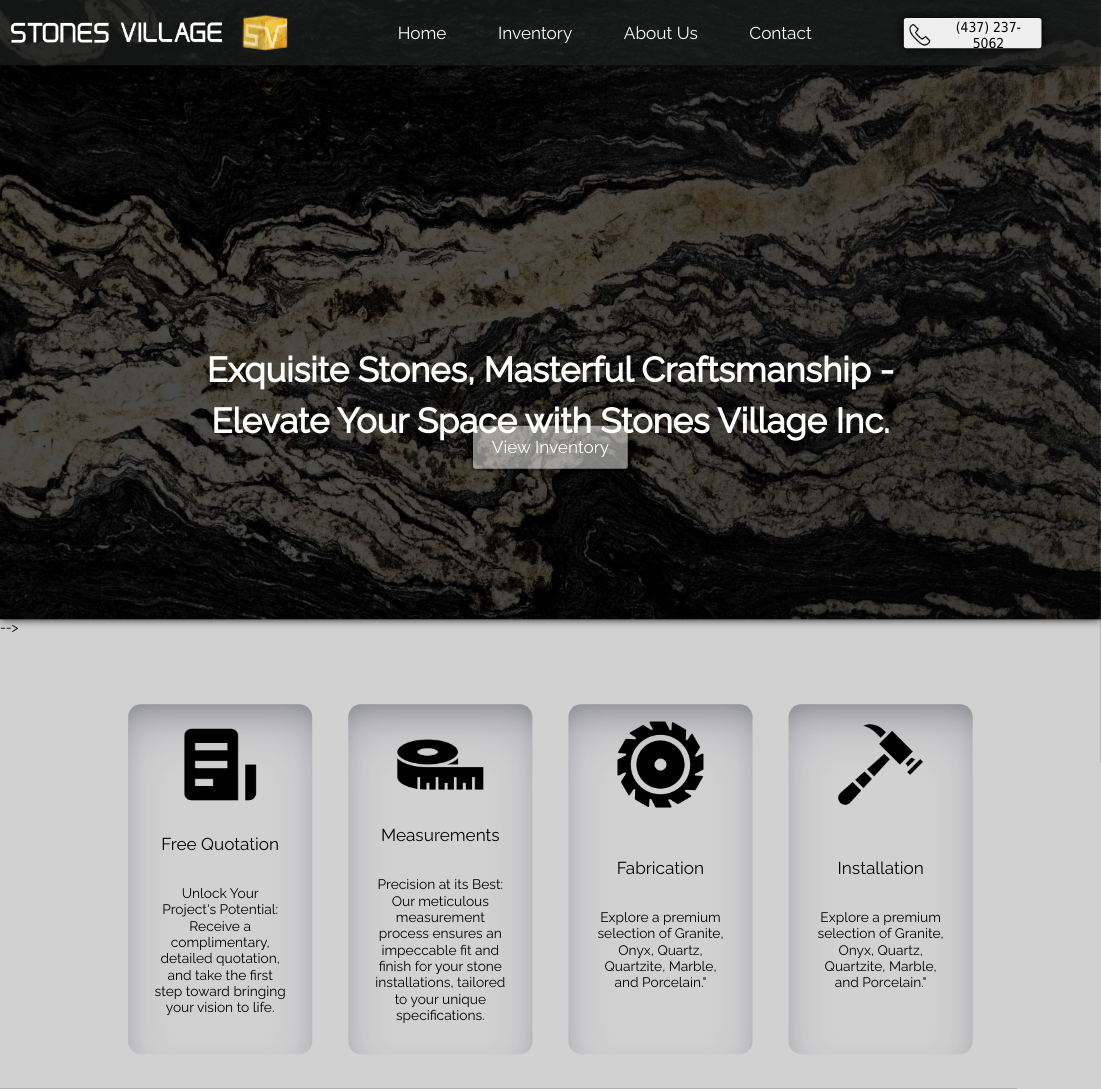
Repository: shayanabedi98/Stones-Village
Page: index.html
These files come from the project's save history. The page is drawn as it stood at one moment and after the next save; the edit follows.
The browser window is 1280 px wide. The pictures show the whole page, at 86% of full size.
Backgrounds fixed to the window are drawn as part of the page.

Above is the page before, as saved 2023-10-22 17:21:41.

### index.html
<!DOCTYPE html>
<html lang="en">
<head>
    <meta charset="UTF-8">
    <meta name="viewport" content="width=device-width, initial-scale=1.0">
    <title>Stones Village | Home</title>
    <link rel="preconnect" href="https://fonts.googleapis.com">
    <link rel="preconnect" href="https://fonts.gstatic.com" crossorigin>
    <link href="https://fonts.googleapis.com/css2?family=Raleway&display=swap" rel="stylesheet">
    <link rel="stylesheet" href="styles.css">
</head>
<body>
    <div class="navbar">
        <div class="logo">
            <img id="logo-name" src="./resources/sv-name.png" alt="Company name">
            <img id="logo-cube" src="./resources/sv-cube.png" alt="Company logo">
        </div>
        <div class="navbar-menu">
            <ul>
                <li><a href="./">Home</a></li>
                <li><a href="./inventory">Inventory</a></li>
                <li><a href="./about-us">About Us</a></li>
                <li><a href="./contact">Contact</a></li>
            </ul>
        </div>
        <div class="navbar-tel">
            <button><a href="tel:+14372375062">
                <img src="./resources/telephone-svgrepo-com.png" alt="Contact By Number">
                (437) 237-5062
            </a></button>
        </div>
    </div>
    <div class="grid-container">
        <div class="banner">
            <!-- Background Image -->
        </div>
        <div class="banner-overlay">
            <h1>Exquisite Stones, Masterful Craftsmanship - Elevate Your Space with Stones Village Inc.</h1>
            <button>View Inventory</button>
        </div>
        <!-- <div class="services-container">
            <h2>Welcome</h2>
            <h3>Stones Village is a beacon of excellence in the stone industry, conveniently situated in Concord, Ontario, yet extending our top-notch services and products across the entire nation. With a rich history and unparalleled expertise in supplying, fabricating, and installing premium-quality Granite, Onyx, Quartz, and Porcelain, we have carved out a reputation for reliability, craftsmanship, and aesthetic excellence.</h3>


            <!-- Free Quotations
Stonica Group Inc. offers no-obligation, comprehensive quotes for all project sizes. Our experts provide a detailed cost estimate, ensuring transparency and no hidden charges.


Measurements
We use advanced tools for precise project measurements, considering the environment and potential challenges to ensure seamless integration of our fabrications into your space.


Fabrication
Our high-quality fabrication service is handled by a skilled team and cutting-edge facilities. We handle various materials and complexities, ensuring the finished product meets the highest industry standards.


Installation
Our trained professionals carry out careful and precise installations. We also perform comprehensive checks post-installation, ensuring a perfect fit and function. Your satisfaction is our ultimate goal. -->
        </div> -->
        <div class="card-container">
            <div class="card">
                <img src="./resources/invoice-svgrepo-com.png" alt="Icon of Stone Slab">
                <div class="card-text">
                    <p class="card-name">Free Quotation</p>
                    <p class="card-description">Unlock Your Project's Potential: Receive a complimentary, detailed quotation, and take the first step toward bringing your vision to life.</p>
                </div>
            </div>
            <div class="card">
                <img src="./resources/measure-2-svgrepo-com.png" alt="Icon of Stone Slab">
                <div class="card-text">
                    <p class="card-name">Measurements</p>
                    <p class="card-description">Precision at its Best: Our meticulous measurement process ensures an impeccable fit and finish for your stone installations, tailored to your unique specifications.</p>
                </div>
            </div>
            <div class="card">
                <img src="./resources/saw-svgrepo-com.png" alt="Icon of Stone Slab">
                <div class="card-text">
                    <p class="card-name">Fabrication</p>
                    <p class="card-description">Explore a premium selection of Granite, Onyx, Quartz, Quartzite, Marble, and Porcelain."</p>
                </div>
            </div>
            <div class="card">
                <img src="./resources/hammer-work-construction-svgrepo-com.png" alt="Icon of Stone Slab">
                <div class="card-text">
                    <p class="card-name">Installation</p>
                    <p class="card-description">Explore a premium selection of Granite, Onyx, Quartz, Quartzite, Marble, and Porcelain."</p>
                </div>
            </div>
        </div>
    </div>
    <script src="./index.js"></script>
</body>
</html>

### styles.css
body {
    background-color: #d1d1d1;
    color: #000000;
    font-family: 'Raleway', sans-serif;
    margin: 0;
    padding: 0;
}

.navbar {
    display: grid;
    grid-template-columns: 0.5fr 1fr 0.5fr;
    background-color: rgba(29, 31, 31, 0.7);
    box-shadow: 0 0 5px 0 rgb(0, 0, 0);
    padding: 10px;
    position: fixed;
    width: 100%;
    z-index: 1;
}

.logo {
    display: flex;
    align-items: center;
    justify-content: center;
}

#logo-cube {
    height: 42px;
    margin-left: 20px;
    cursor: pointer;
}

#logo-name {
    height: 28px;
    cursor: pointer;
}

.navbar-menu {
    display: grid;
    align-items: end;
}

.navbar-menu ul {
    display: flex;
    align-content: center;
    justify-content: center;
    list-style-type: none;
}

.navbar-menu a {
    text-decoration: none;
    color: #FFFFFE;
    font-size: 20px;
    margin-left: 60px;
}

.navbar-menu a:hover {
    color: #E0B739;
    transition: 0.3s;
    border-bottom: 8px solid #E0B739;
}

.navbar-menu a:not(:hover) {
    color: #FFFFFE;
    border-bottom: 0px;
    transition: 0.3s;
}

.navbar-tel {
    display: flex;
    justify-content: center;
    align-items: center;
}

.navbar-tel button {
    height: 35px;
    width: 160px;
    border: none;
    border-radius: 3px;
    box-shadow: 0 0 10px 0 rgb(0, 0, 0);
}

.navbar-tel img {
    height: 25px;
    margin-right: 12px;
}

.navbar-tel a {
    text-decoration: none;
    color: black;
    font-family: Tahoma, Verdana, sans-serif;
    font-size: 16px;
    display: flex;
    align-items: center;
    justify-content: center;
}

.banner {
    background-attachment: fixed;
    height: 100vh;
    background-size: 2100px;
    background-repeat: no-repeat;
    background-position: 0 -400px;
    transition: opacity 1s ease-in-out, background-size 0s, background-position 0s;
}

.banner-overlay {
    background-color: rgba(0, 0, 0, 0.7);
    box-shadow: 0 0 10px 0 black;
    display: grid;
    grid-template-rows: 0.8fr 1fr;
    justify-items: center;
    align-items: center;
    text-align: center;
    position: absolute;
    height: 100vh;
    width: 100%;
    top: 0;
}

.banner-overlay h1 {
    margin: 0;
    color: #FFFFFE;
    position: relative;
    font-size: 40px;
    top: 300px;
    width: 70%;
    line-height: 60px;
}

.banner-overlay button {
    font-family: 'Raleway', sans-serif;
    background-color: rgba(255, 255, 254, 0.5);
    color: white;
    border: none;
    border-radius: 3px;
    font-size: 20px;
    width: 180px;
    height: 50px;
    box-shadow: 0 0 2px 0 black;
    cursor: pointer;
}

.banner-overlay button:hover {
    box-shadow: 0 0 15px 0 black;
    background-color: rgb(224, 183, 57);
    transition: 0.3s;
}

.banner-overlay button:not(:hover) {
    box-shadow: 0 0 5px 0 black;
    transition: 0.3s;
}

.services-container, .card-container {
    margin: 40px auto;
}

.services-container {
    display: grid;
    grid-template-rows: 1fr 1fr;
    justify-items: center;
    margin-top: 80px;
    width: 80%;
}

.services-container h2, h3 {
    display: grid;
    justify-items: center;
}

.card-container {
    display: grid;
    width: 80%;
    grid-template-columns: repeat(4, 1fr);
    justify-items: center;
    margin-top: 80px;
}

.card {
    width: 80%;
    display: grid;
    justify-items: center;
    border-radius: 15px;
    box-shadow: rgba(50, 50, 93, 0.25) 0px 30px 60px -12px inset, rgba(0, 0, 0, 0.3) 0px 18px 36px -18px inset;
    padding: 20px 5px;
}

.card img {
    height: 100px;
}

.card-text {
    display: grid;
    text-align: center;
    justify-items: center;
    align-content: baseline;
}

.card-name {
    font-size: 20px;
}

.card-description {
    width: 75%;
}

### index.js
const banner = document.querySelector('.banner');
const bannerImg = ['./resources/aaron-huber-G7sE2S4Lab4-unsplash.jpg', './resources/black-marble-texture2-min2.jpg', './resources/engin-akyurt-m555vEfryhE-unsplash.jpg', './resources/marble-2398956_1920.jpg'];
let bannerImgIndex = 0;
const logoName = document.querySelector('#logo-name');
const logoCube = document.querySelector('#logo-cube');
const navbar = document.querySelector('.navbar');

logoCube.addEventListener('click', () => {
    window.location.replace('./')
})

logoCube.addEventListener('mouseover', () => {
    navbar.style.backgroundColor = 'rgba(224, 183, 57,0.3)'
    navbar.style.transition = '4s'
})

logoCube.addEventListener('mouseout', () => {
    navbar.style.backgroundColor = 'rgba(29, 31, 31, 0.7)'
    navbar.style.transition = '2s'
})

logoName.addEventListener('click', () => {
    window.location.replace('./')
})

logoName.addEventListener('mouseover', () => {
    navbar.style.backgroundColor = 'rgba(224, 183, 57,0.3)'
    navbar.style.transition = '4s'
})

logoName.addEventListener('mouseout', () => {
    navbar.style.backgroundColor = 'rgba(29, 31, 31, 0.7)'
    navbar.style.transition = '2s'
})

const bannerImgChanger = () => {
    banner.style.opacity = '0'
    bannerImgIndex = (bannerImgIndex + 1) % bannerImg.length;
    banner.style.background = `url(${bannerImg[bannerImgIndex]})`;

    if (bannerImgIndex === 0) {
        banner.style.backgroundSize = '2100px';
        banner.style.backgroundPosition = '0 -400px'
        banner.style.backgroundAttachment = 'fixed';
        banner.style.opacity = '1'
        banner.style.transition = 'opacity 1s ease-in, background-size 0s, background-position 0s;';
        setTimeout(() => {
            banner.style.opacity = '0'
        }, 7000)

    } else if (bannerImgIndex === 1) {
        banner.style.backgroundSize = '2000px';
        banner.style.backgroundAttachment = 'fixed';
        banner.style.opacity = '1'
        banner.style.transition = 'opacity 1s ease-in, background-size 0s, background-position 0s;';
        setTimeout(() => {
            banner.style.opacity = '0'
        }, 7000)

    } else if (bannerImgIndex === 2) {
        banner.style.backgroundAttachment = 'fixed';
        banner.style.opacity = '1'
        banner.style.transition = 'opacity 1s ease-in, background-size 0s, background-position 0s;';
        setTimeout(() => {
            banner.style.opacity = '0'
        }, 7000)
    } else if (bannerImgIndex === 3) {
        banner.style.backgroundAttachment = 'fixed';
        banner.style.opacity = '1'
        banner.style.transition = 'opacity 1s ease-in, background-size 0s, background-position 0s;';
        setTimeout(() => {
            banner.style.opacity = '0'
        }, 7000)
    }
};

bannerImgChanger();

setInterval(bannerImgChanger, 8000)

After the next save:
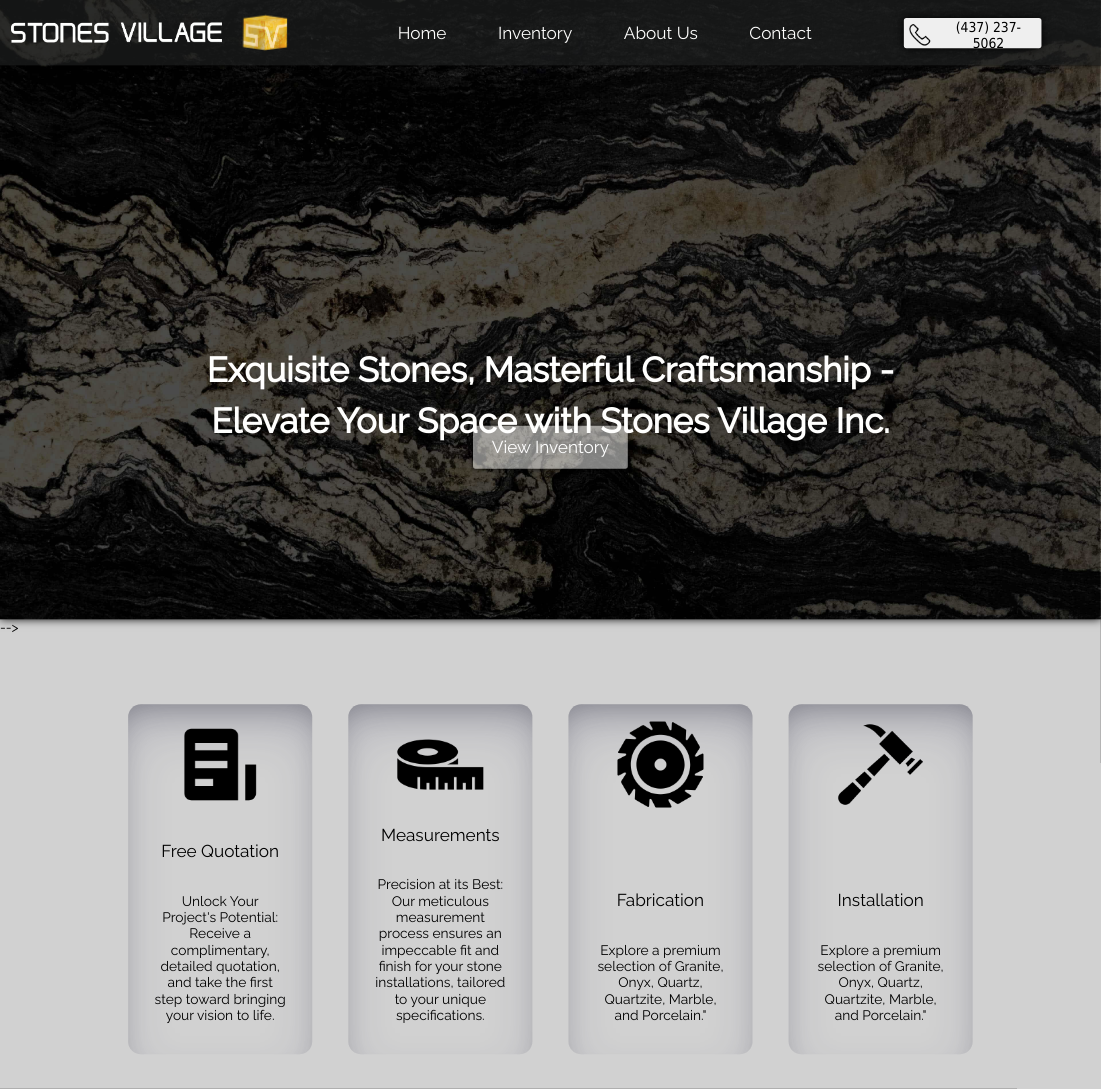
Saved 10 s later.
--- a/styles.css
+++ b/styles.css
@@ -193,7 +193,7 @@
     display: grid;
     text-align: center;
     justify-items: center;
-    align-content: baseline;
+    align-content:end;
 }
 
 .card-name {

After the save that followed:
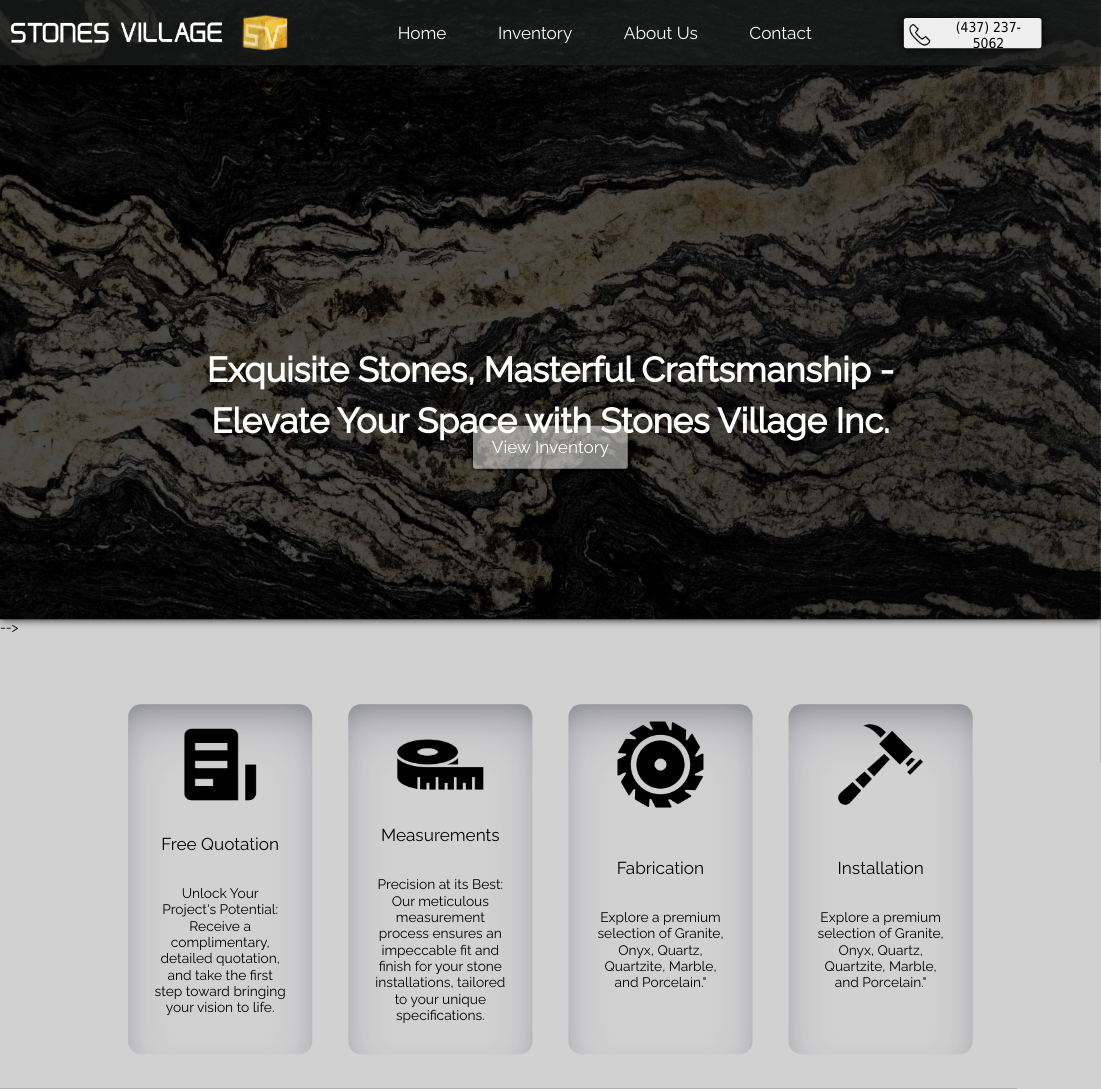
Saved 6 s later.
--- a/styles.css
+++ b/styles.css
@@ -193,7 +193,7 @@
     display: grid;
     text-align: center;
     justify-items: center;
-    align-content:end;
+    align-content: start;
 }
 
 .card-name {
